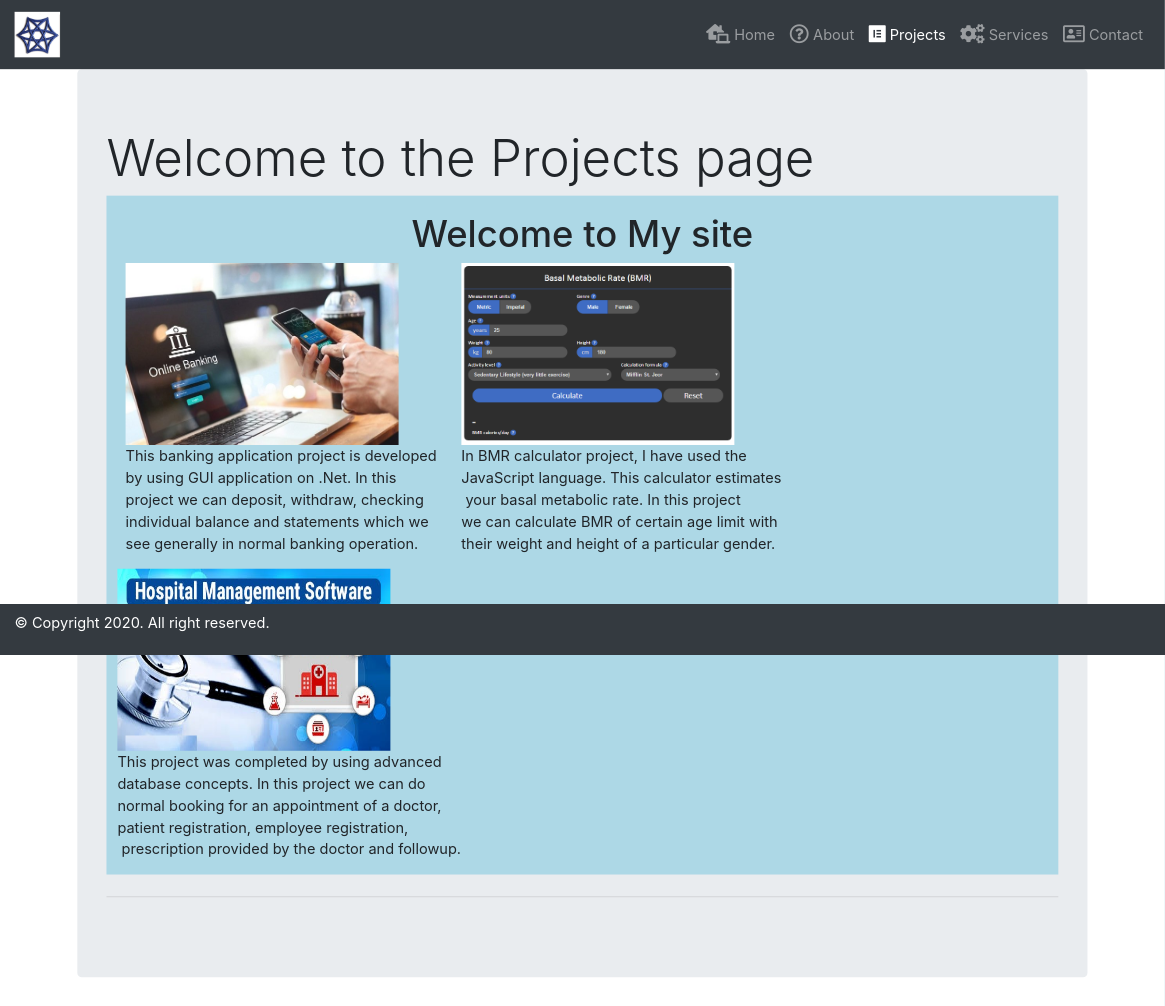
Repository: laxmangothe2020/COMP229Assignment
Page: http://localhost/projects
An editor plug-in stored every save of this project. The page is shown before and after the next save, followed by the edit.
The browser window is 1280 px wide. The pictures show the whole page, at 91% of full size.
The page is served by the project's Node server (server.js).

Above is the page before, as saved 2021-02-11 23:58:28.

After the next save:
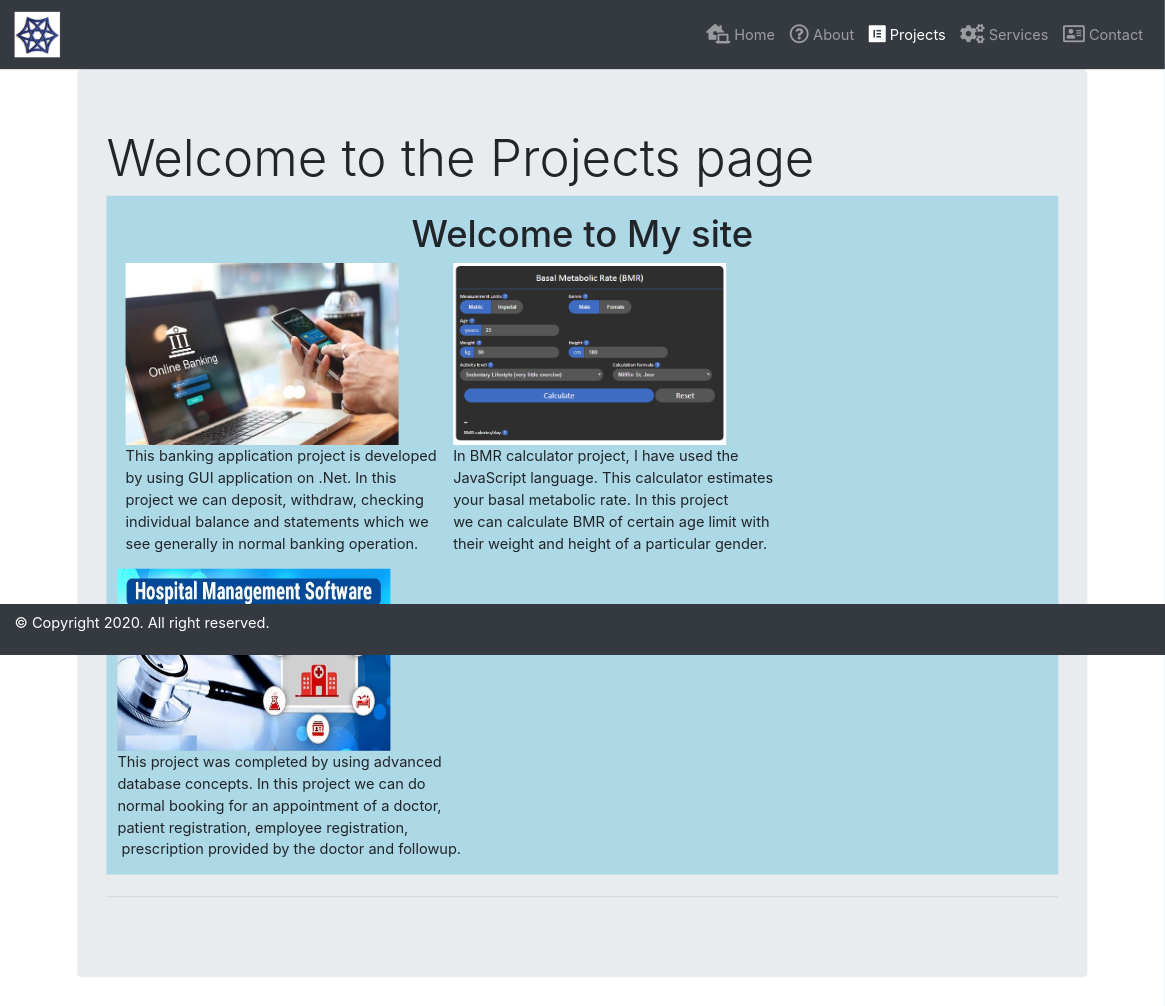
Saved 64 s later.
--- a/views/partials/projects.ejs
+++ b/views/partials/projects.ejs
@@ -17,12 +17,12 @@
 
 
            <div class="column">
-            &nbsp;&nbsp;&nbsp;&nbsp;&nbsp;&nbsp;<img src="./Assets/images/bmr.png" width="300" height="200" >
-              <p> &nbsp;&nbsp;&nbsp;&nbsp;&nbsp;&nbsp;In BMR calculator project, I have used the<br>
-                &nbsp;&nbsp;&nbsp;&nbsp;&nbsp;&nbsp;JavaScript language. This calculator estimates <br>
-                &nbsp;&nbsp;&nbsp;&nbsp;&nbsp;&nbsp; your basal metabolic rate. In this project <br>
-                &nbsp;&nbsp;&nbsp;&nbsp;&nbsp;&nbsp;we can calculate BMR of certain age limit with <br>
-                &nbsp;&nbsp;&nbsp;&nbsp;&nbsp;&nbsp;their weight and height of a particular gender.</p>
+            &nbsp;&nbsp;&nbsp;&nbsp;<img src="./Assets/images/bmr.png" width="300" height="200" >
+             <p> &nbsp;&nbsp;&nbsp;&nbsp;In BMR calculator project, I have used the<br>
+                &nbsp;&nbsp;&nbsp;&nbsp;JavaScript language. This calculator estimates <br>
+                &nbsp;&nbsp;&nbsp;&nbsp;your basal metabolic rate. In this project <br>
+                &nbsp;&nbsp;&nbsp;&nbsp;we can calculate BMR of certain age limit with <br>
+                &nbsp;&nbsp;&nbsp;&nbsp;their weight and height of a particular gender.</p>
            </div>
 
 
